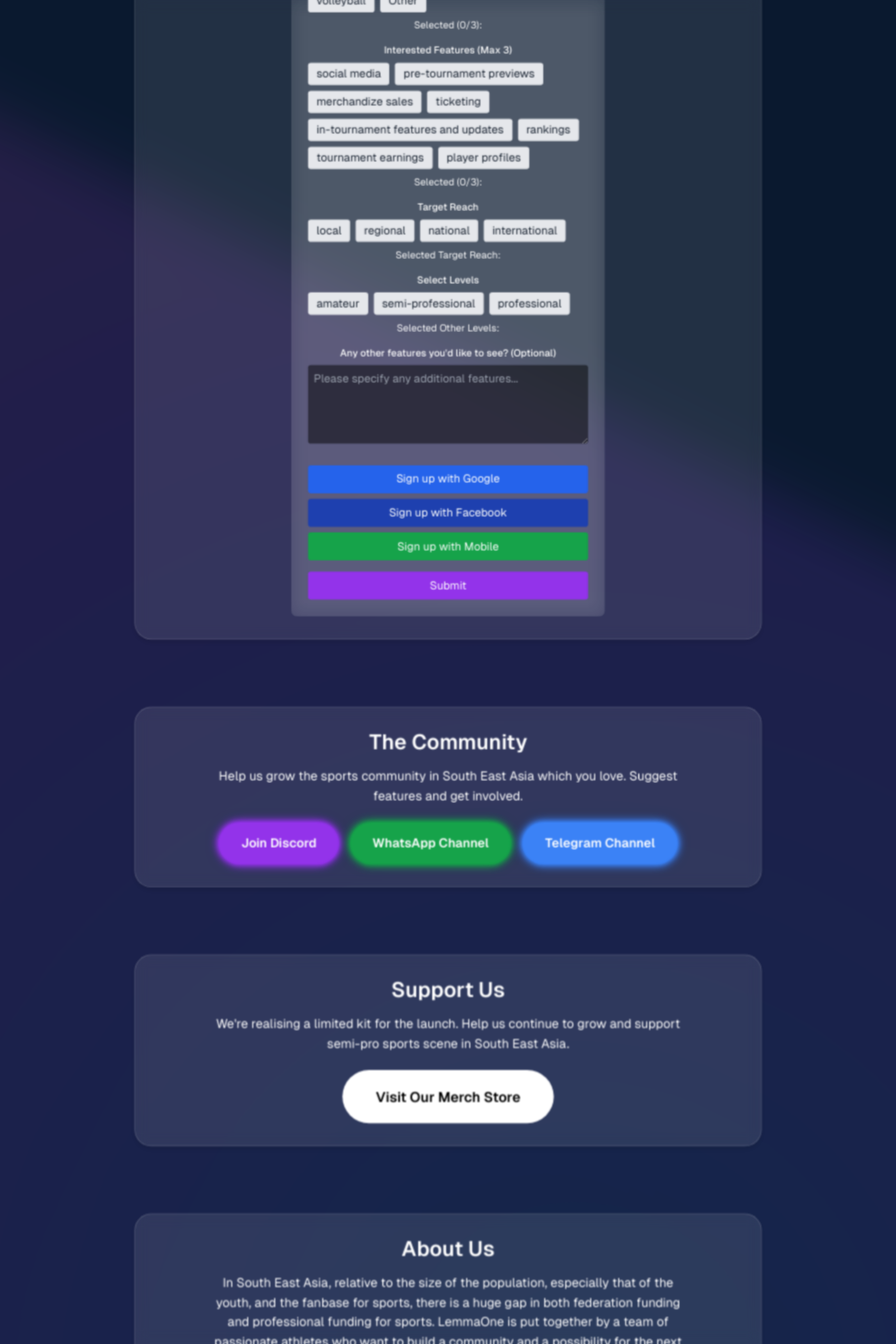
Repository: yao-creative/lemma-one-launch
Page: /, after clicking the first element matching `button.px-12`
An editor plug-in stored every save of this project. The page is shown before and after a run of saves, followed by the edit.
The browser window is 1280 px wide. The pictures show the part of the page from y = 1121 to 3041 px (the page is 4115 px tall before and 4155 px after), at 70% of full size.
The project was rebuilt for these pictures with package versions that can differ from the ones it lists, and the page was loaded fresh each time. The framework's server and built-in components were replaced by stand-ins that run in the browser. Also part of the build but not shown: next.config.js, next.config.mjs.

Above is the page before, as saved 2024-09-28 15:20:55.

After the next 3 saves:
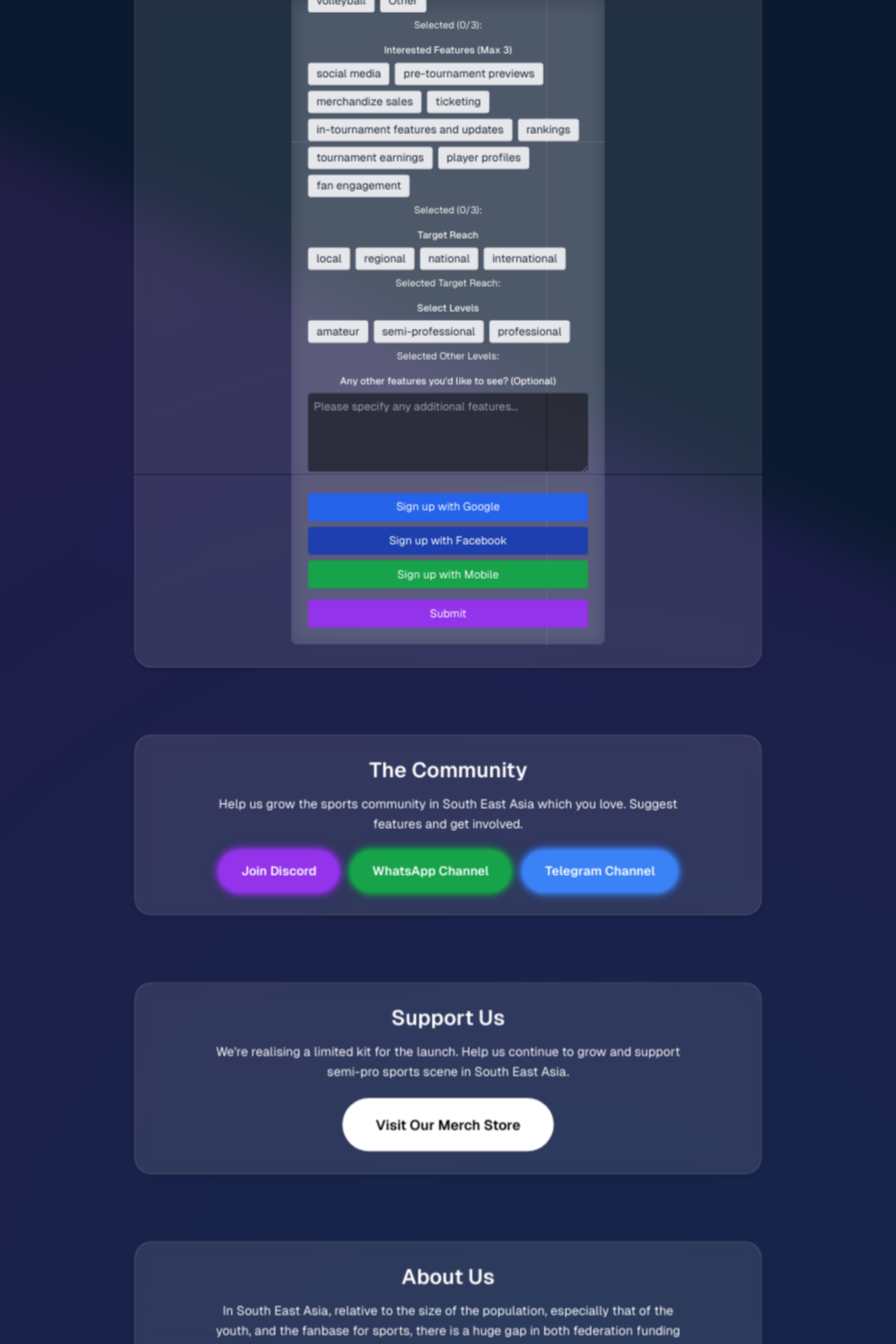
The 3 saves are shown as one change because they came seconds apart.
The last was saved 7 s later.
--- a/app/components/WaitListForm.tsx
+++ b/app/components/WaitListForm.tsx
@@ -166,7 +166,7 @@
           <div className="flex flex-wrap gap-2">
             {(showPlayerForm ? [
               'social media', 'pre-tournament previews', 'merchandize sales', 'ticketing',
-              'in-tournament features and updates', 'rankings', 'tournament earnings', 'player profiles'
+              'in-tournament features and updates', 'rankings', 'tournament earnings', 'player profiles', 'fan engagement'
             ] : [
               'tournament hosting', 'ticketing', 'tournament monetization', 'merchandize sales',
               'in-tournament features and updates', 'social media', 'pre-tournament previews', 'fan engagement'
